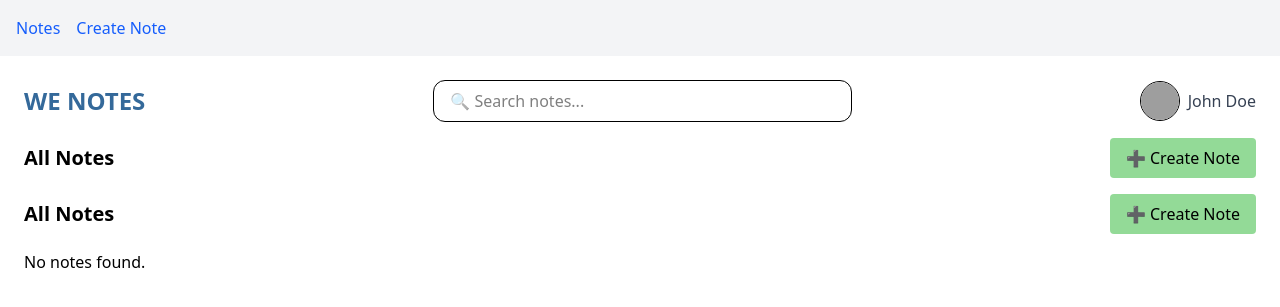
Repository: pin-seavmuy/NoteApplication
Page: / (app in note-vue/)
An editor plug-in stored every save of this project. The page is shown before and after the next save, followed by the edit.
The browser window is 1280 px wide. The pictures show the whole page.
Pictures or frames that could not be fetched are drawn as grey boxes. The page's requests for data from a server got no answer. The project was rebuilt for these pictures with package versions that can differ from the ones it lists, and the page was loaded fresh each time. No one was signed in, and anything a server would have sent is missing. Also part of the build but not shown: note-vue/vite.config.ts, note-vue/src/components/NoteWrapper.vue, note-vue/src/views/CreateNote.vue, note-vue/src/views/NoteDetail.vue, note-vue/src/views/UpdateNote.vue.

Above is the page before, as saved 2025-09-16 11:46:24.

### note-vue/src/main.ts
// import { createApp } from 'vue'
// import './style.css'
// import App from './App.vue'

// createApp(App).mount('#app')


import { createApp } from 'vue'
import App from './App.vue'
import router from './router'
import './style.css'

const app = createApp(App)
app.use(router)
app.mount('#app')

### note-vue/src/App.vue
<script setup lang="ts">
  import HelloWorld from './components/HelloWorld.vue'
  import NotesList from '../components/NotesList.vue'
</script>

<!-- <template>
  <div>
    <HelloWorld msg="Vite + Vue" />
    <NotesList />
  </div>
</template> -->

<template>
  <div>
    <nav class="p-4 bg-gray-100 flex space-x-4">
      <router-link to="/" class="text-blue-600 hover:underline">Notes</router-link>
      <router-link to="/create" class="text-blue-600 hover:underline">Create Note</router-link>
    </nav>

    <router-view />
  </div>
</template>

<style scoped>
</style>

### note-vue/src/router/index.ts
import { createRouter, createWebHistory } from 'vue-router'

import NotesList from '../views/NotesList.vue'
import CreateNote from '../views/CreateNote.vue'
import NoteDetail from '../views/NoteDetail.vue'
import UpdateNote from '../views/UpdateNote.vue'

const routes = [
  {
    path: '/',
    name: 'NotesList',
    component: NotesList,
  },
  {
    path: '/create',
    name: 'CreateNote',
    component: CreateNote,
  },
  {
    path: '/notes/:id',
    name: 'NoteDetail',
    component: NoteDetail,
    props: true,
  },
    {
    path: '/notes/:id/edit',
    name: 'UpdateNote',
    component: UpdateNote,
    props: true
    }
]

const router = createRouter({
  history: createWebHistory(),
  routes,
})

export default router

### note-vue/src/views/NotesList.vue
<template>
  <div class="p-6">
    <nav></nav>

    <NotesHeader v-model:search="search" />

    <div class="flex items-center justify-between mb-4">
      <router-link to="/" class="text-xl font-bold flex-shrink-0 hover:underline">All Notes</router-link>

      <!-- Button to open modal -->
      <button
        @click="showCreateModal = true"
        class="text-base px-4 py-2 rounded text-black hover:brightness-90"
        style="background-color: #93DA97;"
      >
        ➕ Create Note
      </button>
    </div>

    <div v-if="loading">Loading...</div>
    <div v-else-if="filteredNotes.length === 0">No notes found.</div>

    <div
      v-else
      class="grid gap-4 grid-cols-1 sm:grid-cols-2 lg:grid-cols-3 xl:grid-cols-4"
    >
      <NoteWrapper
        style="background-color: #F9F6F3;"
        v-for="note in filteredNotes"
        :key="note.id"
        :note="note"
      />
    </div>

    <!-- Create Note Modal -->
    <CreateNoteModal
      v-model:show="showCreateModal"
      @noteCreated="fetchNotes"
    />
  </div>
</template>

<script setup lang="ts">
import { ref, computed, onMounted } from 'vue'
import api from '../api/axios'
import NoteWrapper from '../components/NoteWrapper.vue'
import NotesHeader from '../components/NotesHeader.vue'
import CreateNoteModal from '../components/CreateNoteModal.vue'

interface Note {
  id: number
  title: string
  content: string | null
  createdAt: string
  updatedAt?: string | null
}

const notes = ref<Note[]>([])
const loading = ref(false)
const search = ref('')
const showCreateModal = ref(false)

async function fetchNotes() {
  loading.value = true
  try {
    const res = await api.get('/Notes')
    notes.value = res.data as Note[]
  } catch (error) {
    console.error('Error fetching notes:', error)
  } finally {
    loading.value = false
  }
}

const filteredNotes = computed(() =>
  notes.value.filter(note =>
    note.title.toLowerCase().includes(search.value.toLowerCase())
  )
)

onMounted(fetchNotes)
</script>

### note-vue/src/api/axios.ts
import axios from 'axios'

const api = axios.create({
  baseURL: 'http://localhost:5258/api',
})

export default api;

### note-vue/src/components/NotesHeader.vue
<template>
  <div>
    <div class="flex items-center justify-between mb-4 space-x-72">
      <h1 class="text-2xl font-bold" style="color: #34699A;">WE NOTES</h1>

      <input
        :value="search"
        @input="updateSearch"
        type="text"
        placeholder="🔍 Search notes..."
        class="px-4 py-2 border rounded-xl flex-grow"
      />

      <div class="flex items-center space-x-2 flex-shrink-0">
        <img
          src="https://ui-avatars.com/api/?name=User"
          alt="User Avatar"
          class="w-10 h-10 rounded-full border"
        />
        <span class="text-gray-700 font-medium">John Doe</span>
      </div>
    </div>

    <div class="flex items-center justify-between mb-4">
      <router-link to="/" class="text-xl font-bold flex-shrink-0 hover:underline">All Notes</router-link>
      <router-link
        to="/create"
        class="text-base px-4 py-2 rounded text-black hover:brightness-90"
        style="background-color: #93DA97;"
      >
        ➕ Create Note
      </router-link>
    </div>
  </div>
</template>

<script setup lang="ts">
import { defineProps, defineEmits } from 'vue'

const props = defineProps<{ search: string }>()
const emit = defineEmits(['update:search'])

function updateSearch(event: Event) {
  const target = event.target as HTMLInputElement
  emit('update:search', target.value)
}
</script>

### note-vue/src/components/CreateNoteModal.vue
<template>
  <div
    v-if="show"
    class="fixed inset-0 bg-black bg-opacity-50 flex items-center justify-center z-50"
    @click.self="close"
  >
    <div class="bg-white rounded-lg shadow-lg p-6 w-full max-w-md relative">
      <button
        @click="close"
        class="absolute top-3 right-3 text-gray-500 hover:text-gray-800 text-xl font-bold"
        aria-label="Close modal"
      >
        &times;
      </button>

      <h2 class="text-2xl font-bold mb-6">Create New Note</h2>

      <form @submit.prevent="handleSubmit" class="space-y-4">
        <div>
          <label for="title" class="block mb-1 font-semibold">Title</label>
          <input
            id="title"
            v-model="title"
            type="text"
            required
            placeholder="Note title"
            class="w-full px-4 py-2 border rounded"
          />
        </div>

        <div>
          <label for="content" class="block mb-1 font-semibold">Content</label>
          <textarea
            id="content"
            v-model="content"
            rows="5"
            placeholder="Write your note here..."
            class="w-full px-4 py-2 border rounded resize-none"
          ></textarea>
        </div>

        <button
          type="submit"
          :disabled="loading"
          class="bg-blue-600 text-white px-6 py-2 rounded hover:bg-blue-700 disabled:opacity-50"
        >
          {{ loading ? 'Saving...' : 'Create Note' }}
        </button>
      </form>

      <p v-if="error" class="mt-4 text-red-600">{{ error }}</p>
      <p v-if="success" class="mt-4 text-green-600">Note created successfully!</p>
    </div>
  </div>
</template>

<script setup lang="ts">
import { ref, defineEmits, watch } from 'vue'
import api from '../api/axios'

const props = defineProps<{ show: boolean }>()
const emit = defineEmits(['update:show', 'noteCreated'])

const title = ref('')
const content = ref('')
const loading = ref(false)
const error = ref<string | null>(null)
const success = ref(false)

watch(() => props.show, (newVal) => {
  if (!newVal) {
    // Reset form on close
    title.value = ''
    content.value = ''
    error.value = null
    success.value = false
    loading.value = false
  }
})

function close() {
  emit('update:show', false)
}

async function handleSubmit() {
  if (!title.value.trim()) {
    error.value = 'Title is required.'
    return
  }
  loading.value = true
  error.value = null
  success.value = false

  try {
    await api.post('/Notes', {
      title: title.value,
      content: content.value || null,
    })
    success.value = true
    emit('noteCreated')  // notify parent to refresh notes
    setTimeout(() => {
      close()
    }, 1000)
  } catch (err) {
    error.value = 'Failed to create note. Please try again.'
    console.error(err)
  } finally {
    loading.value = false
  }
}
</script>

Loaded but not shown: note-vue/index.html (common file); note-vue/src/style.css (common file)

After the next save:
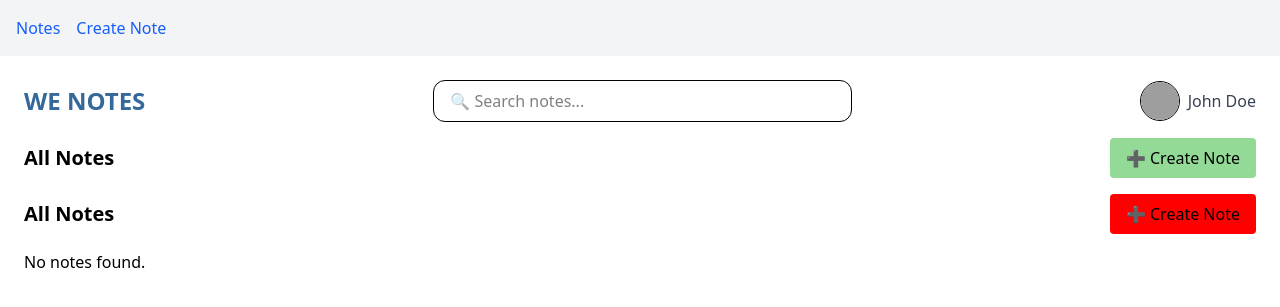
Saved 9 s later.
--- a/note-vue/src/views/NotesList.vue
+++ b/note-vue/src/views/NotesList.vue
@@ -11,7 +11,7 @@
       <button
         @click="showCreateModal = true"
         class="text-base px-4 py-2 rounded text-black hover:brightness-90"
-        style="background-color: #93DA97;"
+        style="background-color: red;"
       >
         ➕ Create Note
       </button>
